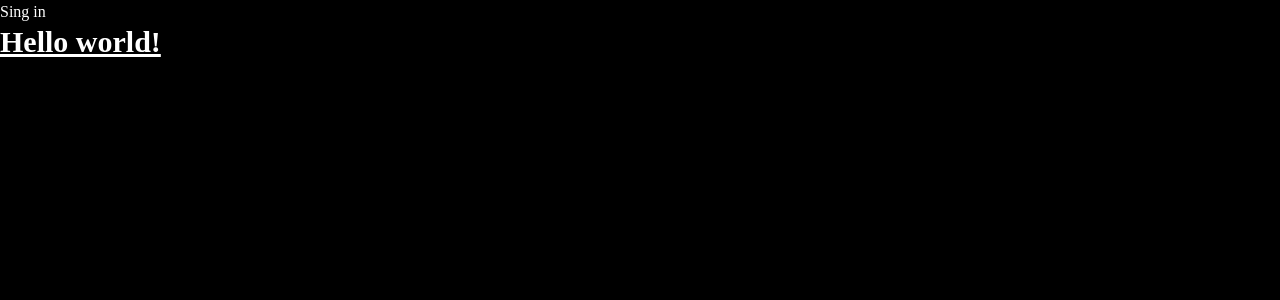
Repository: Gunplay/Smart-Home
Page: /
The author's editor kept a copy of each file at every save. The page is drawn from the files as they stood at one save, then again after the next save.
The browser window is 1280 px wide. The pictures show the whole page.
The project was rebuilt for these pictures with package versions that can differ from the ones it lists, and the page was loaded fresh each time. Also part of the build but not shown: vite.config.js, vite.config.ts.

Above is the page before, as saved 2024-06-12 16:10:43.

After the next save:
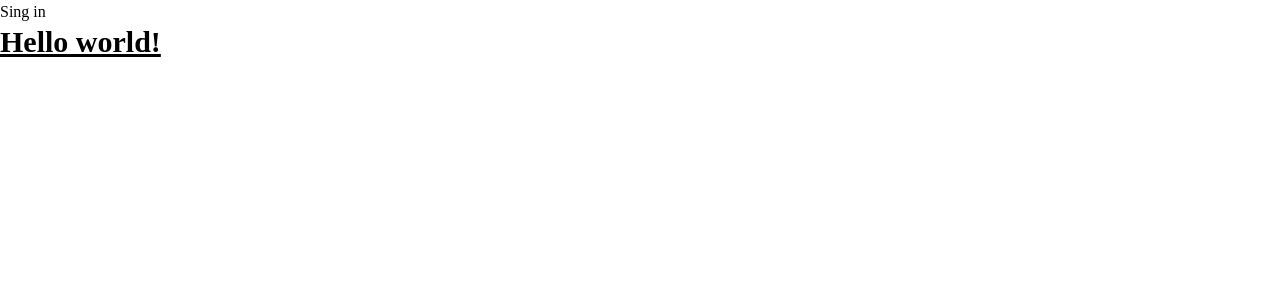
Saved 8 s later.
--- a/src/css/style.css
+++ b/src/css/style.css
@@ -63,8 +63,6 @@
 */
 
 body {
-	background-color: black;
-	color: white;
 	margin: 0;
 	/* 1 */
 	line-height: inherit;
